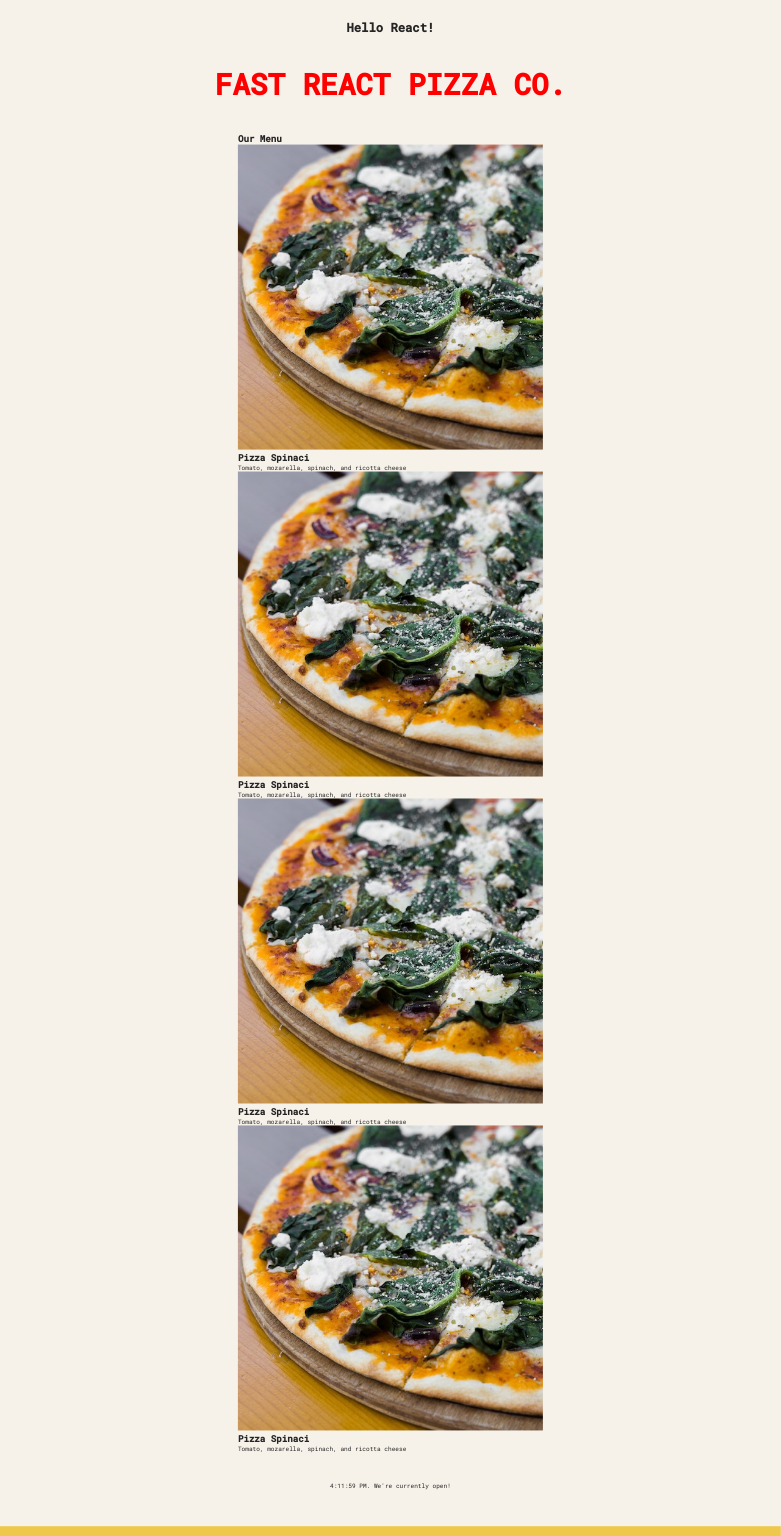
Repository: Alphosmart/03_pizza-menu
Page: /
The author's editor kept a copy of each file at every save. The page is drawn from the files as they stood at one save, then again after the next save.
The browser window is 1280 px wide. The pictures show the whole page, at 61% of full size.
The project was rebuilt for these pictures with package versions that can differ from the ones it lists, and the page was loaded fresh each time.

Above is the page before, as saved 2024-05-27 19:25:14.

After the next save:
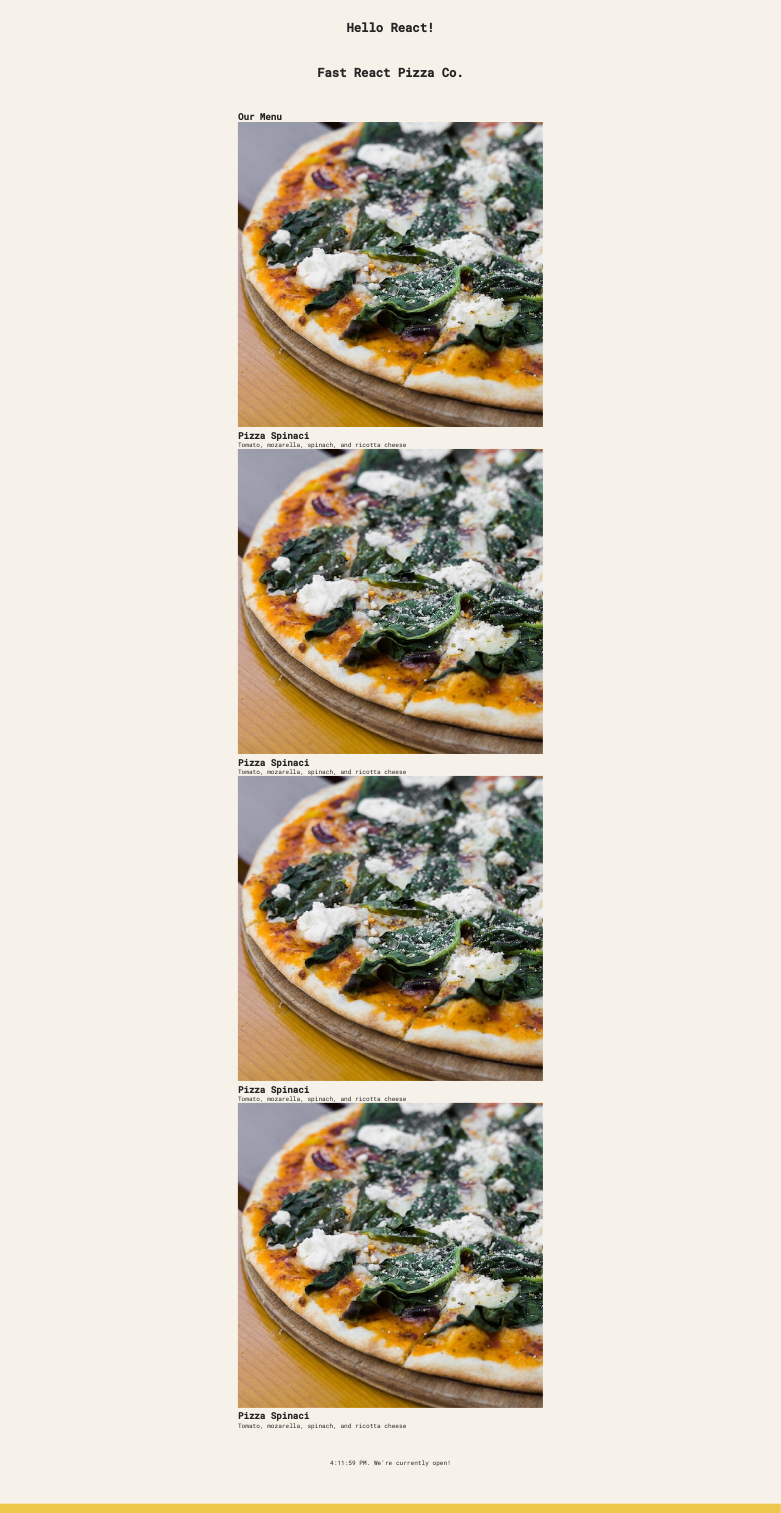
Saved 39 s later.
--- a/src/index.js
+++ b/src/index.js
@@ -59,7 +59,8 @@ function App() {
 }
 
 function Header() {
-  const style = { color: "red", fontSize: "48px", textTransform: "Uppercase" };
+  // const style = { color: "red", fontSize: "48px", textTransform: "Uppercase" };
+  const style = {};
   return (
     <header>
       <h1 style={style} className="header">
